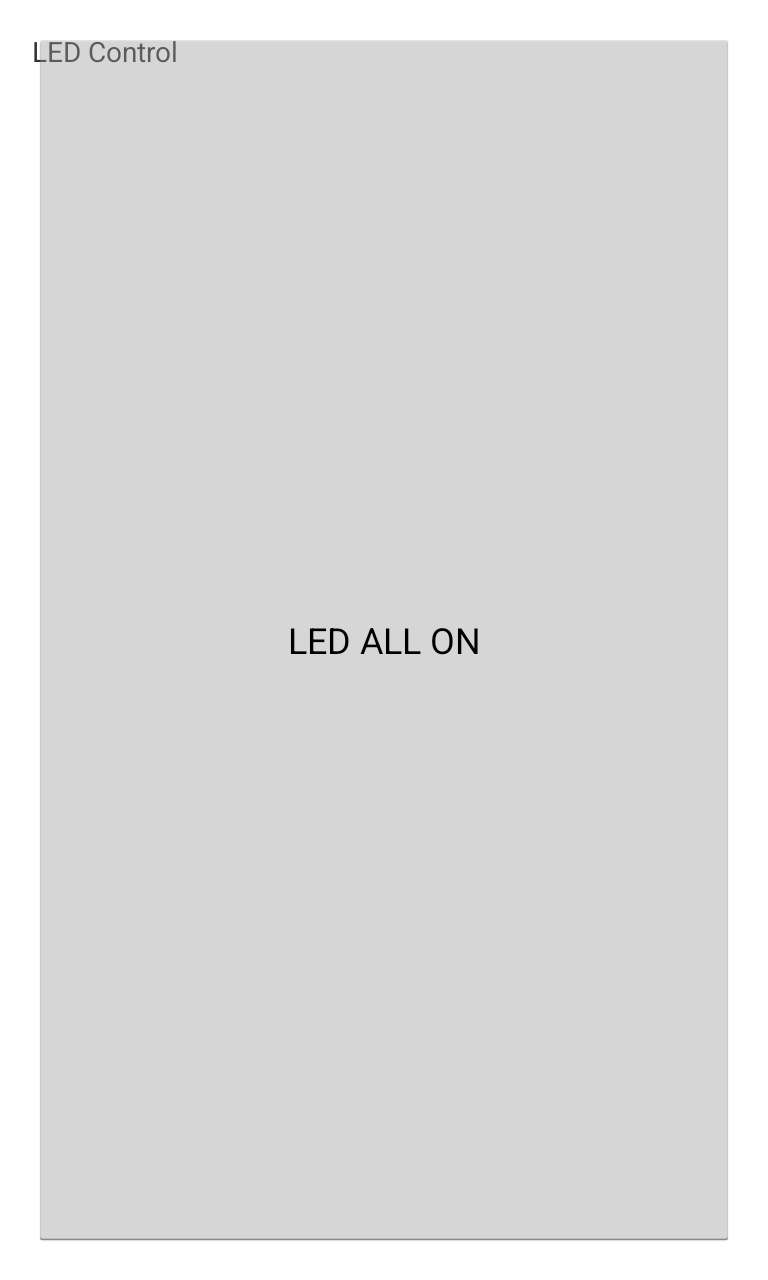
Repository: zgliuyang/android_study
Layout: LedCtrl/res/layout/activity_main.xml
These files come from the project's save history. The layout is drawn as it stood at one moment and after the next save; the edit follows.
It is drawn on a 768 x 1280 px phone screen (xhdpi) without system bars, with theme AppTheme; the app's code is not run.

Above is the layout before, as saved 2020-05-20 16:20:34.

### LedCtrl/res/layout/activity_main.xml
<RelativeLayout xmlns:android="http://schemas.android.com/apk/res/android"
    xmlns:tools="http://schemas.android.com/tools"
    android:layout_width="match_parent"
    android:layout_height="match_parent"
    android:paddingBottom="@dimen/activity_vertical_margin"
    android:paddingLeft="@dimen/activity_horizontal_margin"
    android:paddingRight="@dimen/activity_horizontal_margin"
    android:paddingTop="@dimen/activity_vertical_margin"
    tools:context=".MainActivity" >

    <TextView
        android:layout_width="wrap_content"
        android:layout_height="wrap_content"
        android:text="LED Control" />
    <Button
        android:layout_width="fill_parent"
        android:layout_height="match_parent"
        android:text="LED ALL ON" />

</RelativeLayout>

Loaded but not shown: LedCtrl/res/values/styles.xml (common file); LedCtrl/res/values-v11/styles.xml (common file); LedCtrl/res/values-v14/styles.xml (common file); LedCtrl/res/values/dimens.xml (common file)

After the next save:
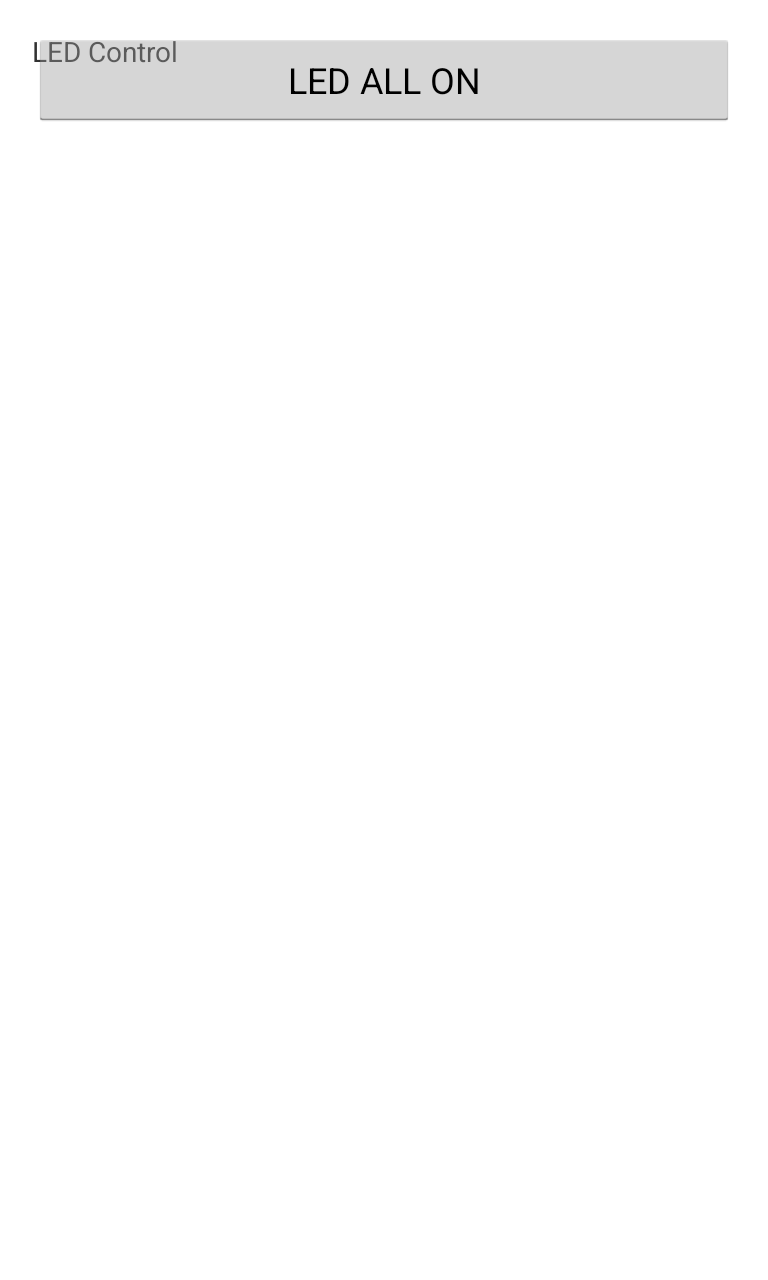
Saved 42 s later.
--- a/LedCtrl/res/layout/activity_main.xml
+++ b/LedCtrl/res/layout/activity_main.xml
@@ -14,7 +14,7 @@
         android:text="LED Control" />
     <Button
         android:layout_width="fill_parent"
-        android:layout_height="match_parent"
+        android:layout_height="wrap_content"
         android:text="LED ALL ON" />
 
 </RelativeLayout>
